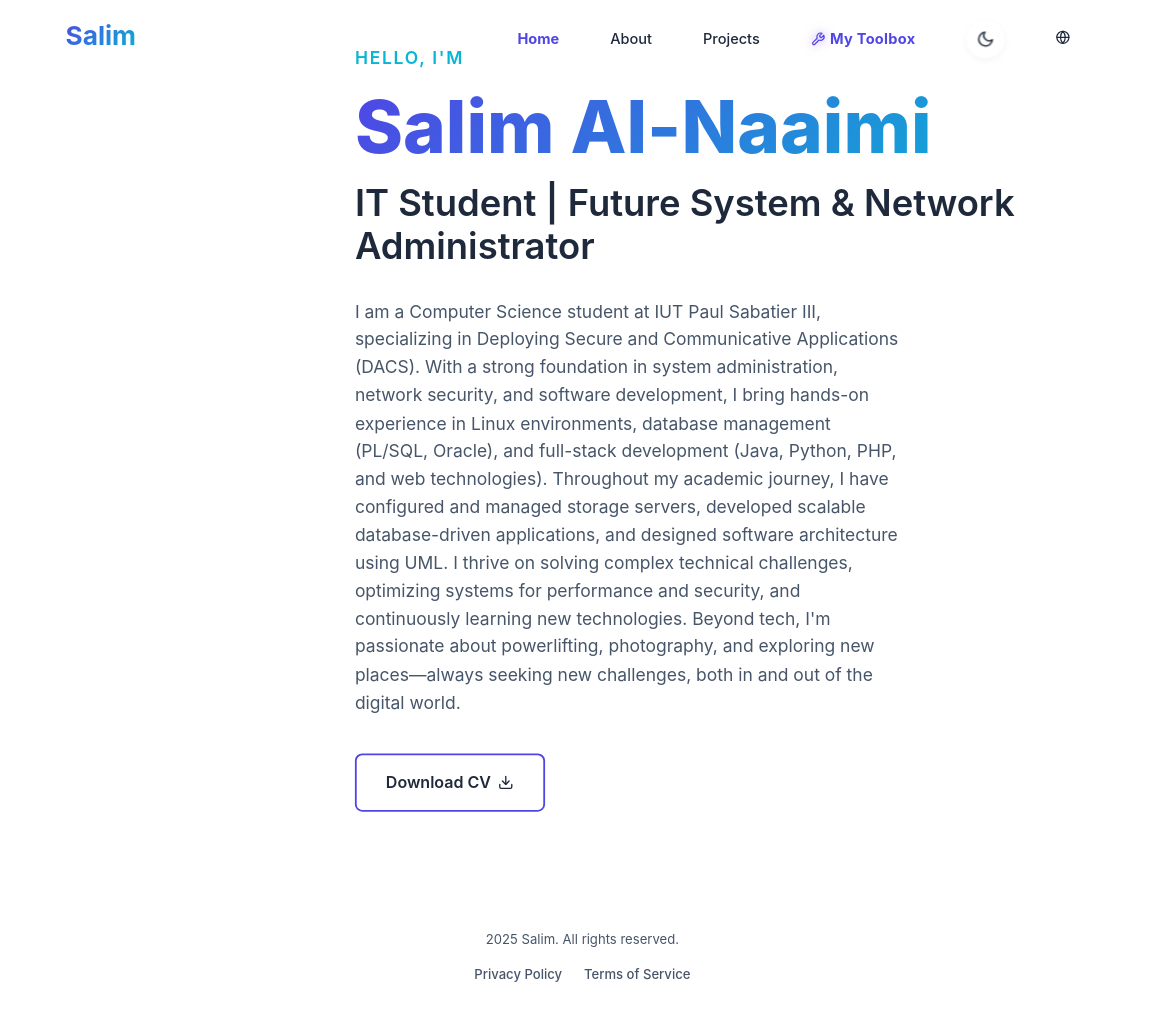
Repository: iisloomx/portfolio-V1
Page: /
An editor plug-in stored every save of this project. The page is shown before and after the next save, followed by the edit.
The browser window is 1280 px wide. The pictures show the whole page, at 91% of full size.
The project was rebuilt for these pictures with package versions that can differ from the ones it lists, and the page was loaded fresh each time. Also part of the build but not shown: vite.config.js.

Above is the page before, as saved 2025-05-12 09:52:08.

After the next save:
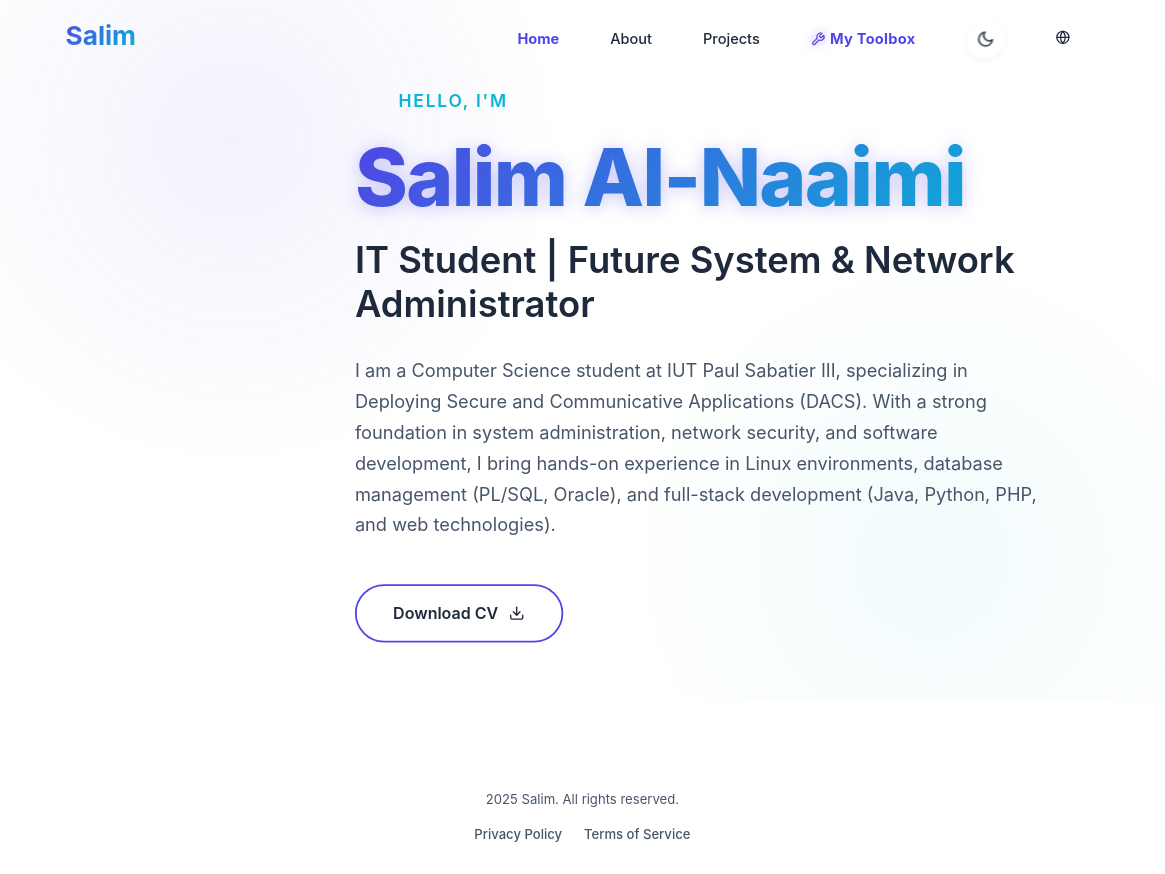
Saved 37 s later.
--- a/src/components/Hero/Hero.jsx
+++ b/src/components/Hero/Hero.jsx
@@ -12,8 +12,19 @@ const HeroSection = styled.section`
   display: flex;
   align-items: center;
   position: relative;
-  padding: 3rem 2rem 2rem;
+  padding: 6rem 2rem 4rem;
   overflow: hidden;
+  background: ${props => props.theme === 'dark' ? `
+    radial-gradient(circle at 20% 20%, rgba(var(--primary-rgb), 0.15) 0%, transparent 40%),
+    radial-gradient(circle at 80% 80%, rgba(var(--accent-rgb), 0.1) 0%, transparent 40%)
+  ` : `
+    radial-gradient(circle at 20% 20%, rgba(var(--primary-rgb), 0.07) 0%, transparent 30%),
+    radial-gradient(circle at 80% 80%, rgba(var(--accent-rgb), 0.05) 0%, transparent 30%)
+  `};
+
+  @media (max-width: 768px) {
+    padding: 5rem 1.5rem 3rem;
+  }
 `;
 
 const Container = styled.div`
@@ -31,16 +42,29 @@ const Greeting = styled(motion.span)`
   display: inline-block;
   font-size: clamp(1rem, 2vw, 1.2rem);
   color: var(--accent);
-  margin-bottom: 1rem;
-  font-weight: 600;
+  margin-bottom: 1.2rem;
+  font-weight: var(--font-weight-semibold);
   letter-spacing: 0.1em;
   text-transform: uppercase;
+  position: relative;
+  padding-left: 3rem;
+
+  &::before {
+    content: "";
+    position: absolute;
+    left: 0;
+    top: 50%;
+    width: 2.5rem;
+    height: 2px;
+    background: linear-gradient(90deg, var(--primary), var(--accent));
+    transform: translateY(-50%);
+  }
 `;
 
 const Name = styled(motion.h1)`
-  font-size: clamp(2.5rem, 8vw, 5rem);
-  margin-bottom: 1rem;
-  font-weight: 800;
+  font-size: clamp(2.8rem, 8vw, 5.5rem);
+  margin-bottom: 1.2rem;
+  font-weight: var(--font-weight-extrabold);
   line-height: 1.1;
   color: var(--text);
   background: linear-gradient(135deg, var(--primary) 0%, var(--accent) 100%);
@@ -48,58 +72,73 @@ const Name = styled(motion.h1)`
   background-clip: text;
   -webkit-text-fill-color: transparent;
   text-fill-color: transparent;
+  letter-spacing: -0.02em;
+  filter: drop-shadow(0 2px 10px rgba(var(--primary-rgb), 0.3));
 `;
 
 const Title = styled(motion.h2)`
   font-size: clamp(1.5rem, 4vw, 2.5rem);
   margin-bottom: 2rem;
   color: var(--text);
-  font-weight: 600;
+  font-weight: var(--font-weight-semibold);
+  max-width: 800px;
 `;
 
 const Description = styled(motion.p)`
-  font-size: clamp(1rem, 2vw, 1.2rem);
-  margin-bottom: 2.5rem;
+  font-size: clamp(1.1rem, 2vw, 1.25rem);
+  margin-bottom: 3rem;
   color: var(--text-secondary);
-  max-width: 600px;
-  line-height: 1.6;
+  max-width: 750px;
+  line-height: 1.7;
+  position: relative;
+
+  &::after {
+    content: "";
+    position: absolute;
+    bottom: -1.5rem;
+    left: 0;
+    width: 5rem;
+    height: 4px;
+    border-radius: 2px;
+    background: linear-gradient(90deg, var(--primary), transparent);
+  }
 `;
 
 const ButtonContainer = styled(motion.div)`
   display: flex;
   gap: 1.5rem;
   flex-wrap: wrap;
+  margin-top: 2.5rem;
 `;
 
 const Button = styled(motion.a)`
   display: inline-flex;
   align-items: center;
-  gap: 0.5rem;
-  padding: 1rem 2rem;
-  border-radius: 8px;
-  font-weight: 600;
+  gap: 0.75rem;
+  padding: 1rem 2.5rem;
+  border-radius: 3rem;
+  font-weight: var(--font-weight-semibold);
   font-size: 1.1rem;
   cursor: pointer;
-  transition: all 0.3s ease;
+  transition: all 0.4s cubic-bezier(0.175, 0.885, 0.32, 1.275);
   text-decoration: none;
   z-index: 1;
 
   svg {
-    transition: transform 0.3s ease;
+    transition: transform 0.4s cubic-bezier(0.68, -0.6, 0.32, 1.6);
   }
 
   &.primary {
-    background: var(--primary);
+    background: linear-gradient(135deg, var(--primary) 0%, var(--accent) 100%);
     color: white;
-    box-shadow: 0 4px 15px rgba(var(--primary-rgb), 0.3);
+    box-shadow: 0 10px 25px -5px rgba(var(--primary-rgb), 0.4);
 
     &:hover {
-      transform: translateY(-2px);
-      background: var(--accent);
-      box-shadow: 0 6px 20px rgba(var(--accent-rgb), 0.4);
+      transform: translateY(-5px);
+      box-shadow: 0 15px 30px -5px rgba(var(--primary-rgb), 0.6);
 
       svg {
-        transform: translateX(4px);
+        transform: translateX(5px) scale(1.2);
       }
     }
   }
@@ -108,14 +147,35 @@ const Button = styled(motion.a)`
     background: transparent;
     color: var(--text);
     border: 2px solid var(--primary);
+    position: relative;
+    overflow: hidden;
+    z-index: 1;
+
+    &::before {
+      content: '';
+      position: absolute;
+      top: 0;
+      left: 0;
+      width: 0%;
+      height: 100%;
+      background: linear-gradient(135deg, var(--primary) 0%, var(--accent) 100%);
+      z-index: -1;
+      transition: width 0.4s cubic-bezier(0.68, -0.6, 0.32, 1.6);
+    }
 
     &:hover {
-      background: var(--primary);
       color: white;
-      transform: translateY(-2px);
+      transform: translateY(-5px);
+      border-color: transparent;
+      box-shadow: 0 15px 30px -5px rgba(var(--primary-rgb), 0.4);
+
+      &::before {
+        width: 100%;
+      }
 
       svg {
-        transform: translateY(2px);
+        transform: translateY(-3px) scale(1.2);
+        color: white;
       }
     }
   }
@@ -162,13 +222,14 @@ function Hero() {
       opacity: 1,
       transition: {
         type: "spring",
-        stiffness: 100
+        stiffness: 70,
+        damping: 15
       }
     }
   };
 
   return (
-    <HeroSection id="home">
+    <HeroSection id="home" theme={theme}>
       <Particles
         id="tsparticles"
         init={particlesInit}
@@ -274,19 +335,20 @@ function Hero() {
             {t.title}
           </Title>
           <Description variants={itemVariants}>
-            {t.description}
+            {t.description.split('\n\n')[0]}
           </Description>
           <ButtonContainer
-            variants={itemVariants}
+            variants={containerVariants}
             initial="hidden"
             animate="visible"
           >
-            {/* Contact button removed */}
             <Button
               href="/CV.pdf"
               download
               className="secondary"
               variants={itemVariants}
+              whileHover={{ scale: 1.05 }}
+              whileTap={{ scale: 0.98 }}
             >
               {t.resumeButton} <FiDownload />
             </Button>
